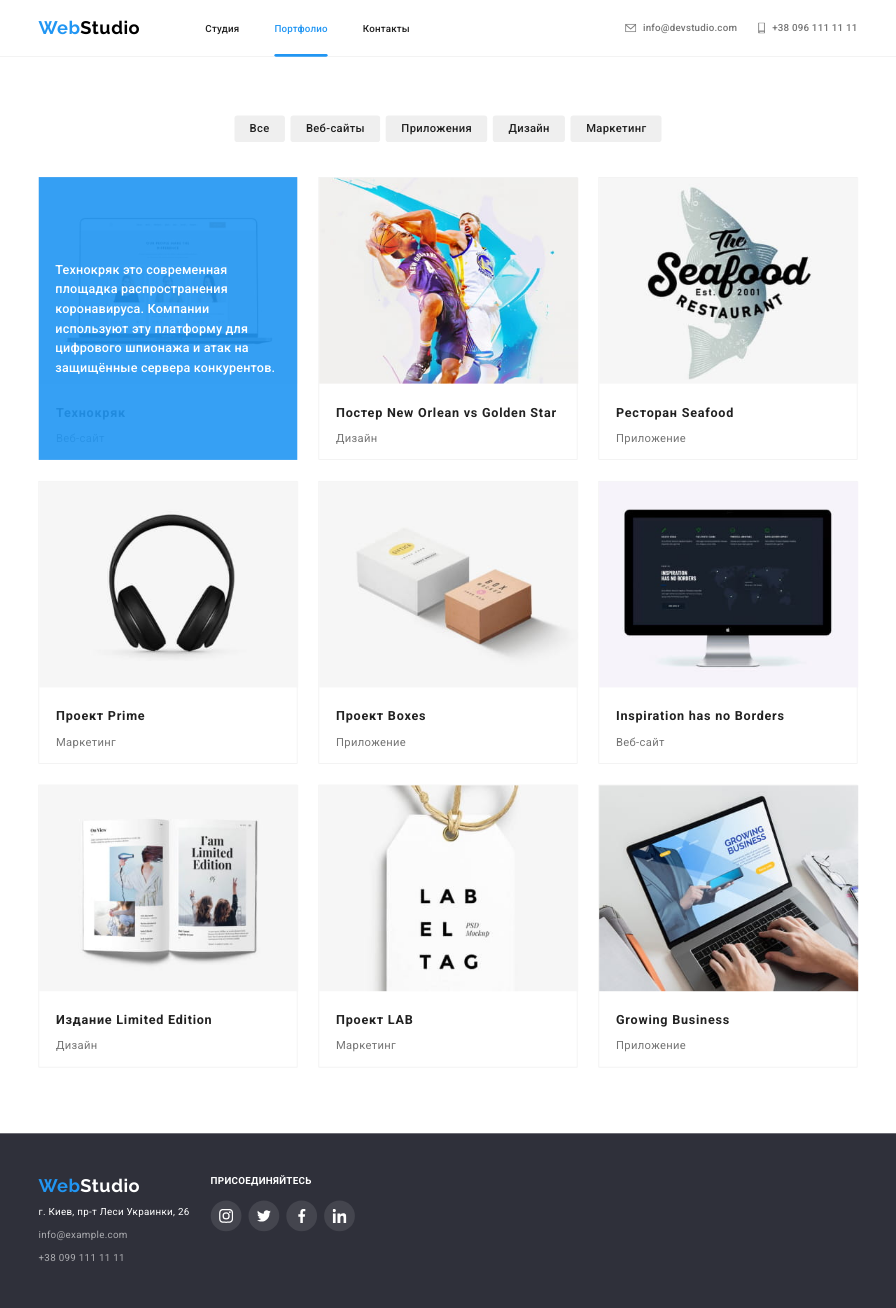
Repository: UliyaKucherernko/home-work-8
Page: porfolio.html
An editor plug-in stored every save of this project. The page is shown before and after the next save, followed by the edit.
The browser window is 1280 px wide. The pictures show the whole page, at 70% of full size.

Above is the page before, as saved 2021-04-14 01:13:42.

After the next save:
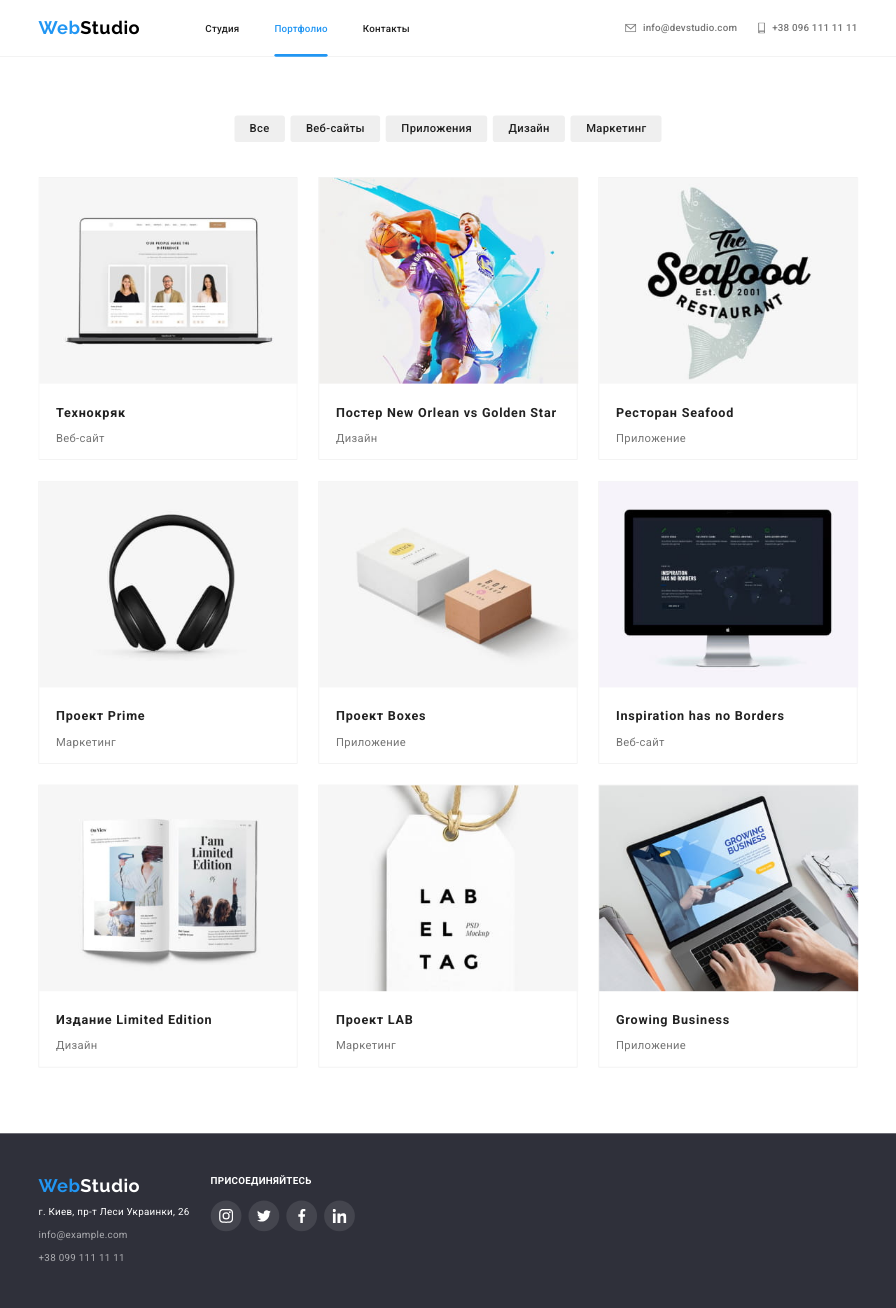
Saved 5 min 41 s later.
--- a/css/styles.css
+++ b/css/styles.css
@@ -355,8 +355,8 @@ button:focus {
   background: var(--content-color);
 }
 
-.gallery-card:hover,
-.gallery-card:focus {
+.gallery-card:hover {
+  opacity: 1;
   box-shadow: 0px 1px 1px rgba(0, 0, 0, 0.12), 0px 4px 4px rgba(0, 0, 0, 0.06),
     1px 4px 6px rgba(0, 0, 0, 0.16);
   /* transition-duration: 250ms;
@@ -393,7 +393,7 @@ button:focus {
   height: 100%;
   background-color: rgba(33, 150, 243, 0.9);
   transition-property: transform, background-color;
-
+  transform: translateY(100%);
   transition-duration: 250ms;
   transition-timing-function: cubic-bezier(0.4, 0, 0.2, 1);
 }
